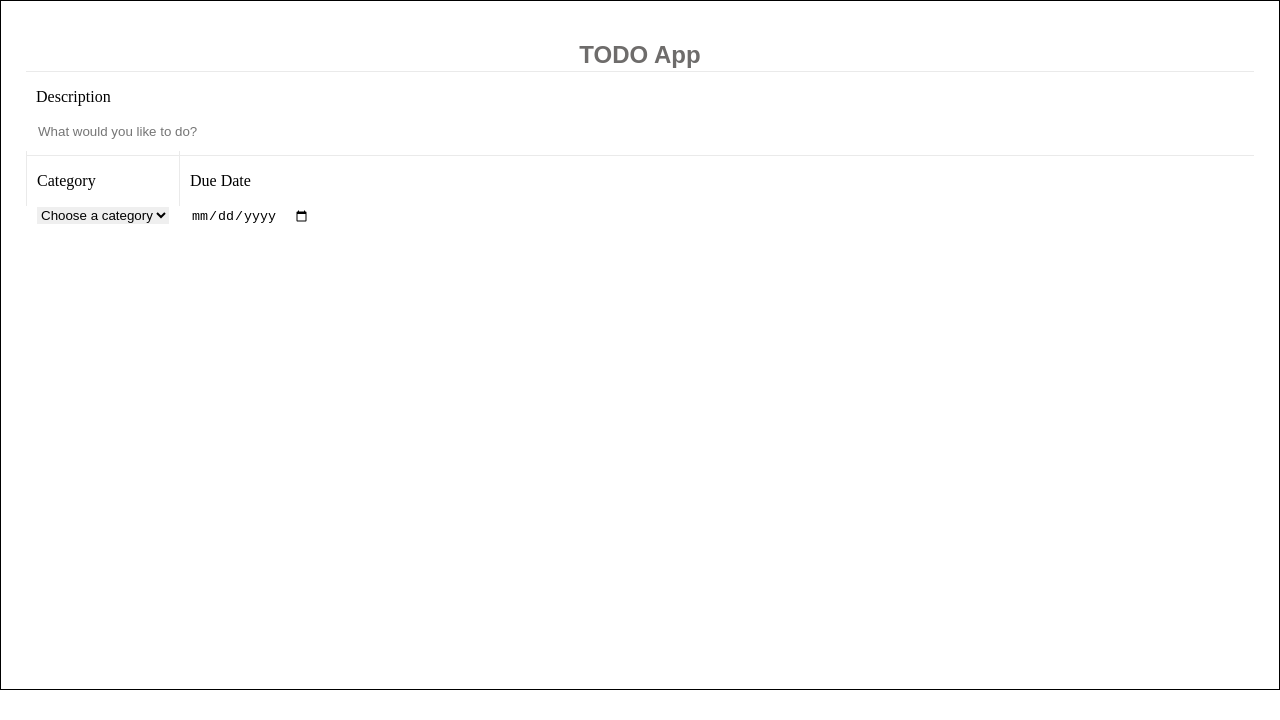
Repository: king-slayer97/TODO-App
Page: http://localhost/
These files come from the project's save history. The page is drawn as it stood at one moment and after the next save; the edit follows.
The browser window is 1280 px wide. The pictures show the whole page.
The page is served by the project's Node server (index.js).

Above is the page before, as saved 2022-08-15 17:22:28.

After the next save:
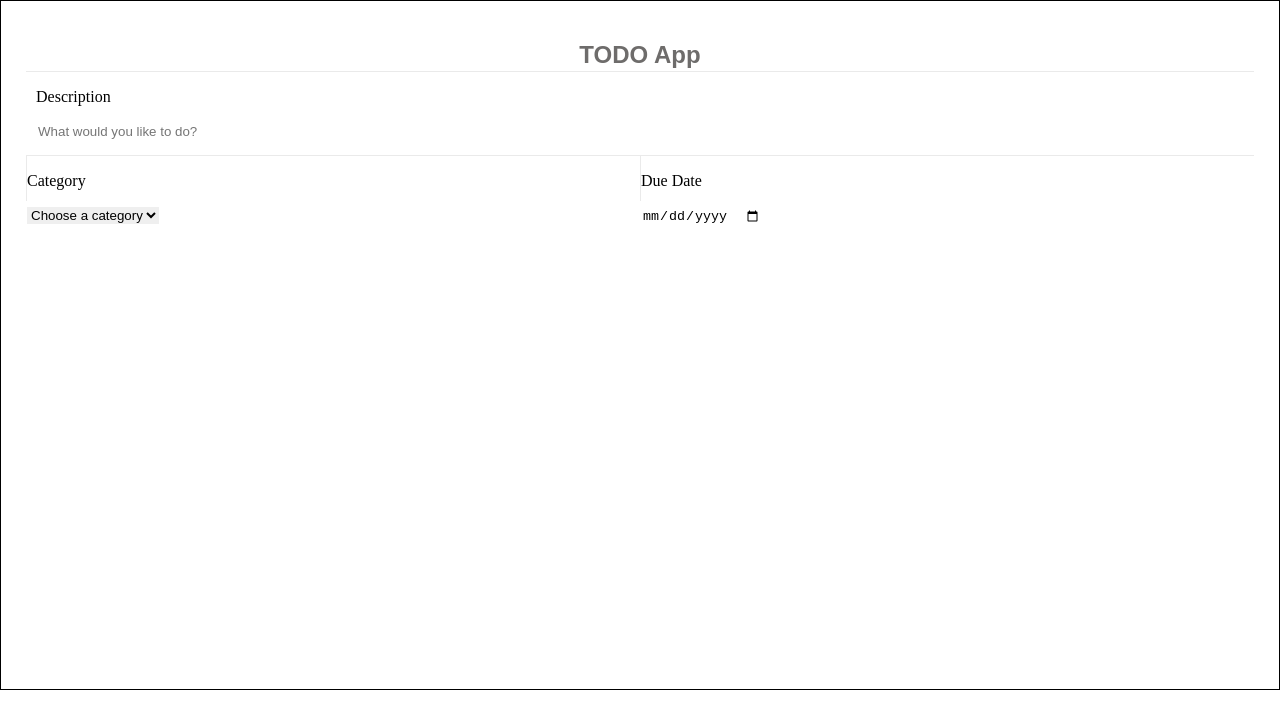
Saved 4 min 25 s later.
--- a/assets/css/home.css
+++ b/assets/css/home.css
@@ -52,7 +52,10 @@ body{
 
 .category,.date{
     height: 100%;
-    padding: 5px 10px;
+    padding: 0px
+px
+ 10px;
+    flex: 0.5;
 }
 
 .date input[type="date"]{
